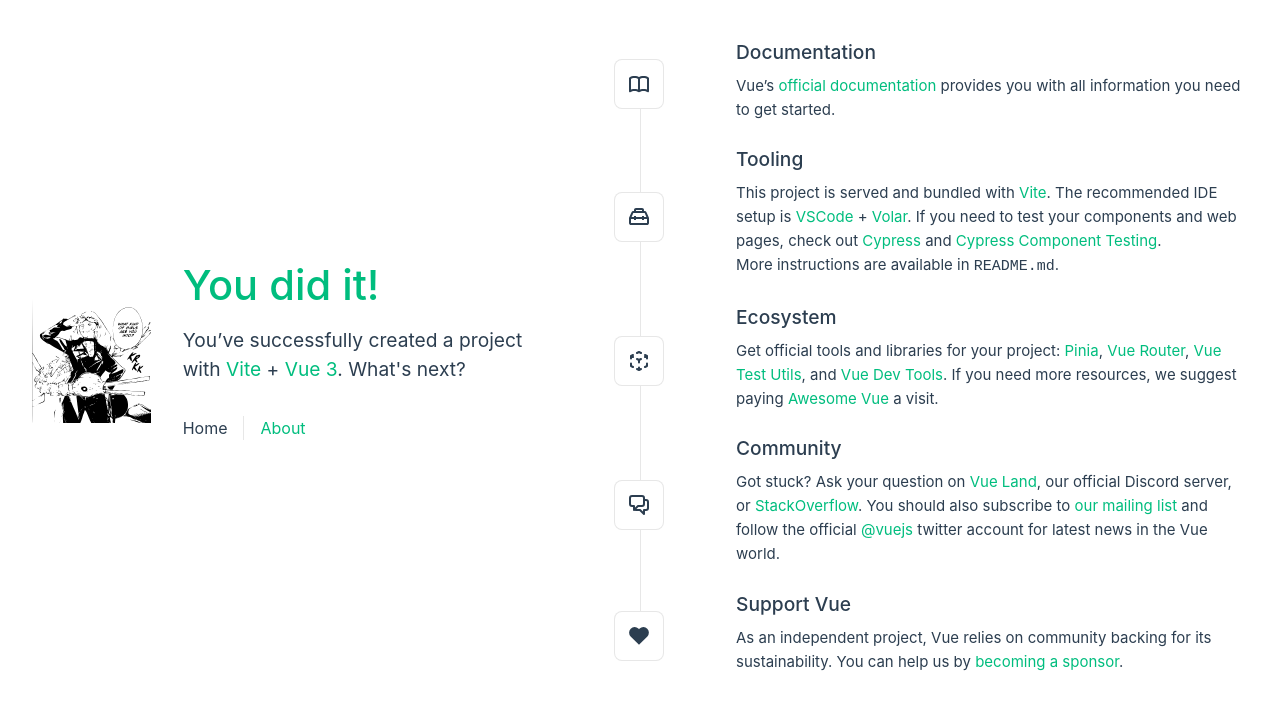
Repository: nlemuel/Vuestudy-project
Page: /
An editor plug-in stored every save of this project. The page is shown before and after the next save, followed by the edit.
The browser window is 1280 px wide. The pictures show the whole page.
The project was rebuilt for these pictures with package versions that can differ from the ones it lists, and the page was loaded fresh each time. Also part of the build but not shown: vite.config.ts.

Above is the page before, as saved 2023-11-06 20:11:12.

### src/App.vue
<script setup lang="ts">
import { RouterLink, RouterView } from 'vue-router'
import HelloWorld from './components/HelloWorld.vue'
</script>

<template>
  <header>
    <img alt="logo" class="logo" src="@/assets/yuki.svg" width="125" height="125" />

    <div class="wrapper">
      <HelloWorld msg="You did it!" />

      <nav>
        <RouterLink to="/">Home</RouterLink>
        <RouterLink to="/about">About</RouterLink>
      </nav>
    </div>
  </header>

  <RouterView />
</template>

<style scoped>
header {
  line-height: 1.5;
  max-height: 100vh;
}

.logo {
  display: block;
  margin: 0 auto 2rem;
}

nav {
  width: 100%;
  font-size: 12px;
  text-align: center;
  margin-top: 2rem;
}

nav a.router-link-exact-active {
  color: var(--color-text);
}

nav a.router-link-exact-active:hover {
  background-color: transparent;
}

nav a {
  display: inline-block;
  padding: 0 1rem;
  border-left: 1px solid var(--color-border);
}

nav a:first-of-type {
  border: 0;
}

@media (min-width: 1024px) {
  header {
    display: flex;
    place-items: center;
    padding-right: calc(var(--section-gap) / 2);
  }

  .logo {
    margin: 0 2rem 0 0;
  }

  header .wrapper {
    display: flex;
    place-items: flex-start;
    flex-wrap: wrap;
  }

  nav {
    text-align: left;
    margin-left: -1rem;
    font-size: 1rem;

    padding: 1rem 0;
    margin-top: 1rem;
  }
}
</style>

Loaded but not shown: index.html (common file); src/main.ts (common file); src/assets/main.css (common file); src/router/index.ts (common file); src/assets/base.css (common file); src/components/HelloWorld.vue (common file); src/views/HomeView.vue (common file); src/components/TheWelcome.vue (common file); src/components/WelcomeItem.vue (common file); src/components/icons/IconDocumentation.vue (common file); src/components/icons/IconTooling.vue (common file); src/components/icons/IconEcosystem.vue (common file); src/components/icons/IconCommunity.vue (common file); src/components/icons/IconSupport.vue (common file)

After the next save:
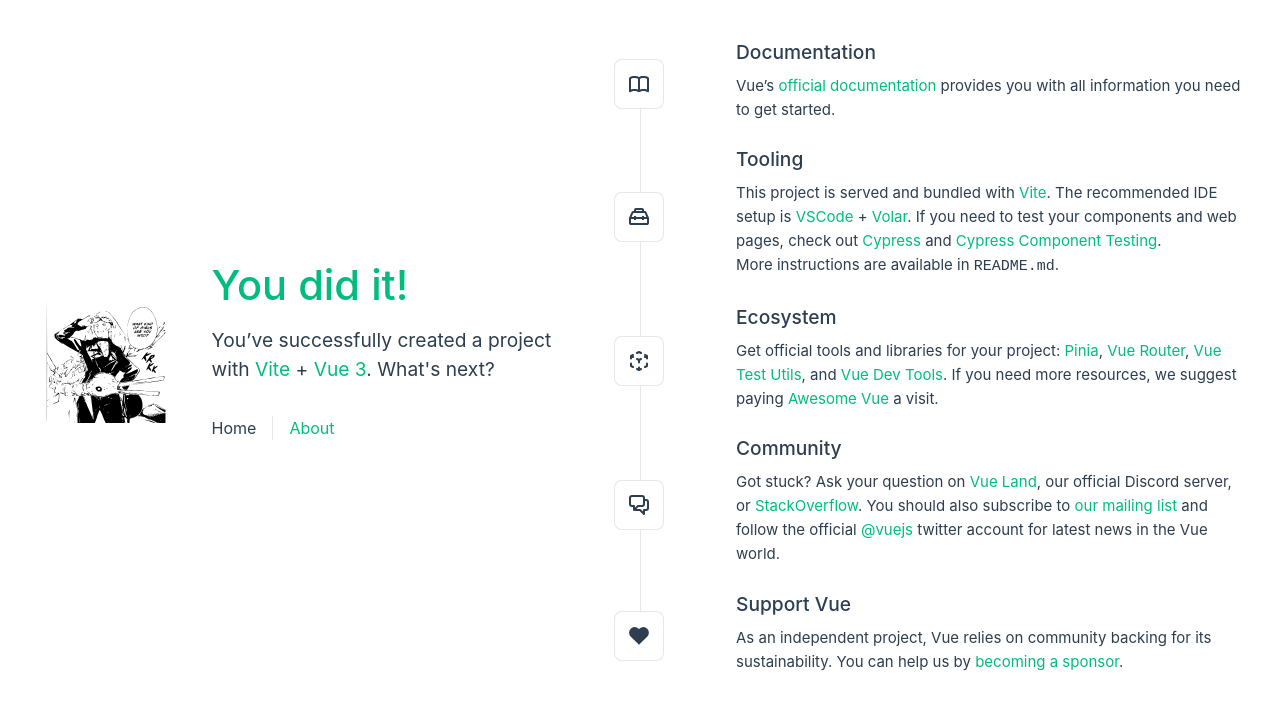
Saved 42 s later.
--- a/src/App.vue
+++ b/src/App.vue
@@ -5,7 +5,7 @@
 
 <template>
   <header>
-    <img alt="logo" class="logo" src="@/assets/yuki.svg" width="125" height="125" />
+    <img alt="logo" class="logo" src="@/assets/yuki.svg" width="325" height="125" />
 
     <div class="wrapper">
       <HelloWorld msg="You did it!" />
